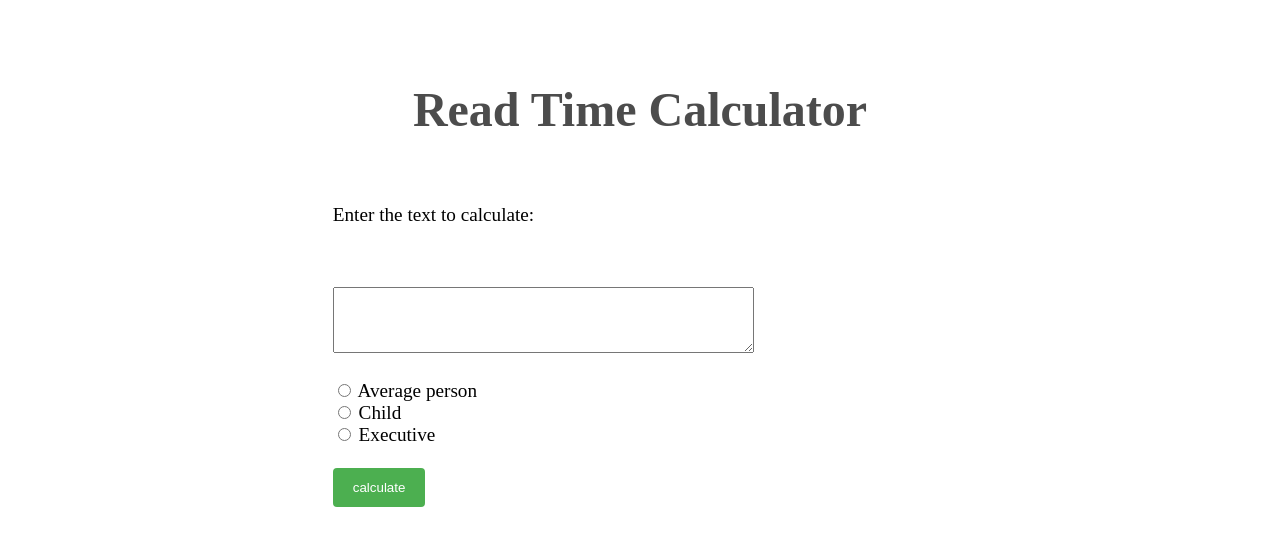
Repository: Full-Creative/Projects
Page: http://localhost/ReadTimeCalculator/
The author's editor kept a copy of each file at every save. The page is drawn from the files as they stood at one save, then again after the next save.
The browser window is 1280 px wide. The pictures show the whole page.
The page is served by Tomcat 9. Other server files are loaded and not shown.

Above is the page before, as saved 2020-11-19 10:34:22.

### ReadTimeCalculator/src/main/webapp/index.html
<!DOCTYPE html>
<html xmlns="http://www.w3.org/1999/xhtml" lang="en">
<head>
<meta http-equiv="content-type"
	content="application/xhtml+xml; charset=UTF-8" />
<title>Read Time Calculator</title>
<link rel="stylesheet" href="mystyle.css">

</head>
<body>

 	<header>
		<h1>Read Time Calculator</h1>
	<!--	<nav>
			<a href="">Average Read Time</a> <a href="">Child Read Time</a> <a
				href="">Executive Read Time</a>
		</nav>-->
	</header>
	<section class="userInput">
		<!--  <form action="/result" method="post" id="calculator">-->
		<label for="data" class="inputLabel">Enter the text to calculate:</label>
		<textarea id="data" name="data" rows="4" cols="50"></textarea>
		<br>
		<br> <input type="radio" id="average" name="type" value="average">
		<label for="type">Average person</label><br> <input type="radio"
			id="child" name="type" value="child"> <label for="type">Child</label><br>
		<input type="radio" id="executive" name="type" value="executive">
		<label for="type">Executive</label> <br>
		<br> <input type="submit" value="calculate" id="calculate">
		<br>
		<br>
		<div id="readTime"></div>
		<!-- </form>-->
	</section>
	<!--   <script src="http://code.jquery.com/jquery-latest.min.js"></script>-->
	<script src="script.js"></script>
</body>

</html>

### ReadTimeCalculator/src/main/webapp/mystyle.css
body {
	margin: 1%;
	padding: 1%;
	font-size: 100%;
}

header, footer {
	padding: 1%;
	margin: 1%;
}

header h1 {
	font-size: 3rem;
	color: rgba(0, 0, 0, .7);
	text-align: center;
}

nav {
	display: block;
	background-color: white;
	border: 1px solid black;
	text-align: center;
	border-radius: 35px;
	text-decoration: none;
	padding: 2%;
	margin: 1%;
}

nav a {
	padding: 1%;
	font-size: 1.2em;
}

.userInput {
	font-size: 1.2em;
	margin: auto;
	width: 50%;
	padding: 10px;
}

.userInput #data{
	margin-top :10%;
}

.userInput #calculate {
	background-color: #4CAF50;
	color: white;
	padding: 12px 20px;
	border: none;
	border-radius: 4px;
	cursor: pointer;
}

### ReadTimeCalculator/src/main/webapp/script.js
var element = document.querySelector('#calculate');

element.addEventListener("click", function() {
	onChangeSubmitCallWebServiceAJAX();
});
function onChangeSubmitCallWebServiceAJAX() {
	var data = document.getElementById("data").value;
	var type = document.querySelector('input[name="type"]:checked').value;
	xhr = new XMLHttpRequest();
	xhr.open('POST', 'time');
	xhr.setRequestHeader('Content-Type', 'application/json');
	xhr.onload = function() {
		if (xhr.status === 200 && xhr.readyState == 4) {
			document.getElementById('readTime').innerHTML = 'The read time of ' + JSON.parse(xhr.responseText).type + ' is ' + JSON.parse(xhr.responseText).minutes + ' minutes';
		}
		else if (xhr.status !== 200) {
			alert('Request failed.  Returned status of ' + xhr.status);
		}
	};

	xhr.send(JSON.stringify({
		text: data,
		type: type
	}));

}

After the next save:
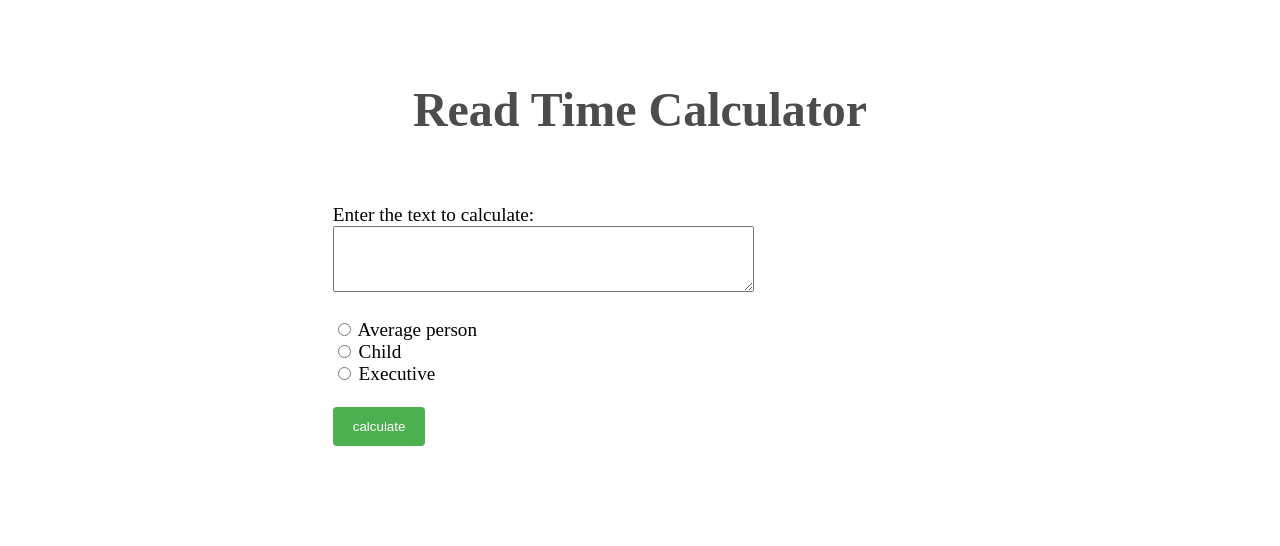
Saved 16 s later.
--- a/ReadTimeCalculator/src/main/webapp/mystyle.css
+++ b/ReadTimeCalculator/src/main/webapp/mystyle.css
@@ -39,7 +39,7 @@ nav a {
 }
 
 .userInput #data{
-	margin-top :10%;
+	display: inline;
 }
 
 .userInput #calculate {
